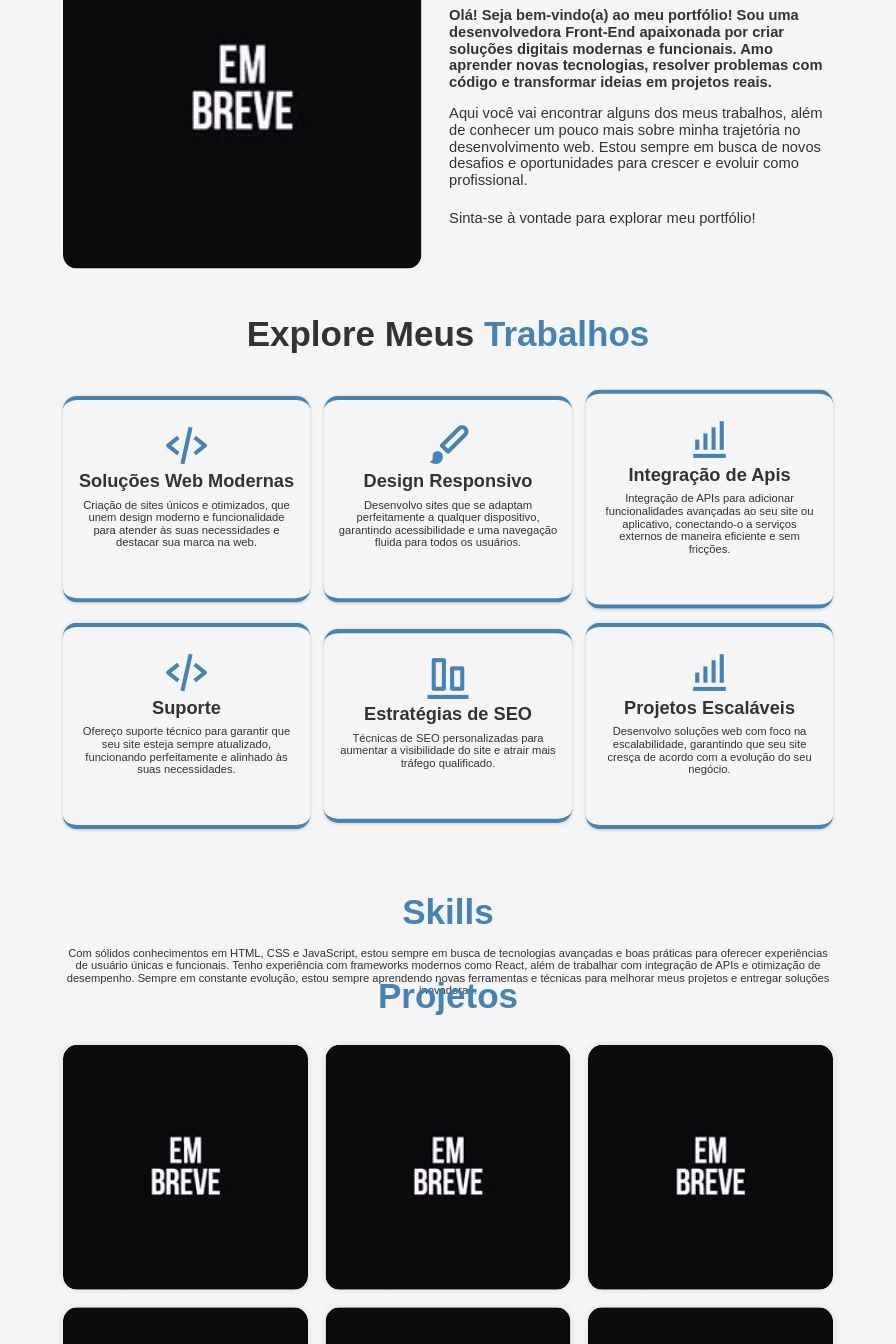
Repository: AliciaKathleen/portfolio-2025
Page: index.html
An editor plug-in stored every save of this project. The page is shown before and after the next save, followed by the edit.
The browser window is 1280 px wide. The pictures show the part of the page from y = 992 to 2912 px (the page is 4098 px tall), at 70% of full size.

Above is the page before, as saved 2025-01-27 17:42:28.
Console error: TypeError: Cannot read properties of null (reading 'classList')

### index.html
<!DOCTYPE html>
<html lang="en">
<head>
    <meta charset="UTF-8">
    <meta http-equiv="X-UA-Compatible" content="IE=edge">
    <meta name="viewport" content="width=device-width, initial-scale=1.0">
    <link rel="stylesheet" href="https://cdn.jsdelivr.net/npm/swiper@9/swiper-bundle.min.css" />
    <link href='https://unpkg.com/boxicons@2.1.4/css/boxicons.min.css' rel='stylesheet'>
    <link rel="stylesheet" href="style.css">
    <title>Alícia Kathleen</title>
</head>
<body>
    <header class="header">
        <a href="#" class="logo">Alícia Kathleen</a>

        <nav class="navbar">
            <a href="#home" class="active">Home</a>
            <a href="#about">Sobre</a>
            <a href="#services">Serviços</a>
            <a href="#portfolio">Projetos</a>
            <a href="#contact">Contato</a>
        </nav>

        <div class="bx bx-moon" id="darkMode-icon"></div>
        <div class="bx bx-menu" id="menu-icon"></div>
    </header>

    <section class="home" id="home">
        <div class="home-content">
            <h3>Olá, eu sou</h3>
            <h1>Alícia Kathleen</h1>
            <p>
                Sou uma desenvolvedora Front-End apaixonada por criar interfaces modernas e funcionais, unindo criatividade e tecnologia para proporcionar experiências digitais únicas. Com uma trajetória inicial no design gráfico, utilizo meu olhar apurado para detalhes e usabilidade para transformar ideias em projetos visuais impactantes. Estou sempre buscando aprender e crescer com novos desafios.
            </p>
            <div class="social-media">
                <a href="#"><i class='bx bxl-linkedin'></i></a>
                <a href="#"><i class='bx bxl-github'></i></a>
            </div>

            <a href="#" class="btn">CURRÍCULO</a>
        </div>

        <div class="profession-container">
            <div class="profession-box">
            </div>
            <div class="overlay"></div>
        </div>

        <div class="home-img">
            <img src="" alt="">
        </div>
    </section>

    <section class="about" id="about">
        <div class="about-img">
            <img src="images/portfolio.jpg" alt="">
        </div>

        <div class="about-content">
            <h2 class="heading">Sobre <span>Mim</span></h2>
            <h3>
                Olá! Seja bem-vindo(a) ao meu portfólio! Sou uma desenvolvedora Front-End apaixonada por criar soluções digitais modernas e funcionais. Amo aprender novas tecnologias, resolver problemas com código e transformar ideias em projetos reais.
            </h3>
            <p>
                Aqui você vai encontrar alguns dos meus trabalhos, além de conhecer um pouco mais sobre minha trajetória no desenvolvimento web. Estou sempre em busca de novos desafios e oportunidades para crescer e evoluir como profissional.
            </p>
            <p>
                Sinta-se à vontade para explorar meu portfólio!
            </p>
        </div>
    </section>

    <section class="services" id="services">
        <h2 class="heading">Explore Meus <span>Trabalhos</span></h2>
        <div class="services-container">
            <div class="services-box">
                <i class='bx bx-code-alt'></i>
                <h3>Soluções Web Modernas</h3>
                <p>Criação de sites únicos e otimizados, que unem design moderno e funcionalidade para atender às suas necessidades e destacar sua marca na web.</p>
            </div>
            <div class="services-box">
                <i class='bx bxs-paint'></i>
                <h3>Design Responsivo</h3>
                <p>Desenvolvo sites que se adaptam perfeitamente a qualquer dispositivo, garantindo acessibilidade e uma navegação fluida para todos os usuários.</p>
            </div>
            <div class="services-box">
                <i class='bx bx-bar-chart-alt'></i>
                <h3>Integração de Apis</h3>
                <p>Integração de APIs para adicionar funcionalidades avançadas ao seu site ou aplicativo, conectando-o a serviços externos de maneira eficiente e sem fricções.</p>
            </div>
            <div class="services-box">
                <i class='bx bx-code-alt'></i>
                <h3>Suporte</h3>
                <p>Ofereço suporte técnico para garantir que seu site esteja sempre atualizado, funcionando perfeitamente e alinhado às suas necessidades.</p>
            </div>
            <div class="services-box">
                <i class='bx bx-objects-vertical-bottom'></i>
                <h3>Estratégias de SEO</h3>
                <p>Técnicas de SEO personalizadas para aumentar a visibilidade do site e atrair mais tráfego qualificado.</p>
            </div>
            <div class="services-box">
                <i class='bx bx-bar-chart-alt'></i>
                <h3>Projetos Escaláveis</h3>
                <p>Desenvolvo soluções web com foco na escalabilidade, garantindo que seu site cresça de acordo com a evolução do seu negócio.

                </p>
            </div>
        </div>
    </section>

    <section class="resume-detail skills" id="skills">
        <h2 class="heading"><span>Skills</span></h2>
        <div class="resume-list">
            <div class="skills-container">
                <p>
                    Com sólidos conhecimentos em HTML, CSS e JavaScript, estou sempre em busca de tecnologias avançadas e boas práticas para oferecer experiências de usuário únicas e funcionais. Tenho experiência com frameworks modernos como React, além de trabalhar com integração de APIs e otimização de desempenho. Sempre em constante evolução, estou sempre aprendendo novas ferramentas e técnicas para melhorar meus projetos e entregar soluções inovadoras.
                </p>
                <div class="resume-items">
                    <div class="resume-item">
                        <i class='bx bxl-html5'></i>
                        <span>HTML</span>
                    </div>
                    <div class="resume-item">
                        <i class='bx bxl-css3'></i>
                        <span>CSS3</span>
                    </div>
                    <div class="resume-item">
                        <i class='bx bxl-javascript'></i>
                        <span>JavaScript</span>
                    </div>
                    <div class="resume-item">
                        <i class='bx bxl-python'></i>
                        <span>Python</span>
                    </div>
                    <div class="resume-item">
                        <i class='bx bxl-react'></i>
                        <span>ReactJS</span>
                    </div>
                    <div class="resume-item">
                        <i class='bx bxl-figma'></i>
                        <span>Figma</span>
                    </div>
                </div>
            </div>
        </div>
    </section>

    <section class="portfolio" id="portfolio">
        <h2 class="heading"><span>Projetos</span></h2>

        <div class="portfolio-container">
            <div class="portfolio-box">
                <img src="images/portfolio.jpg" alt="">

                <div class="portfolio-layer">
                    <h4>Web Design</h4>
                    <p>Lorem ipsum dolor sit amet consectetur adipisicing elit. Similique, ipsam est.</p>
                    <a href="#"><i class='bx bx-link-external'></i></a>
                </div>
            </div>
            <div class="portfolio-box">
                <img src="images/portfolio.jpg" alt="">

                <div class="portfolio-layer">
                    <h4>Projeto em construção</h4>
                    <p>Em breve...</p>
                    <a href="#"><i class='bx bx-link-external'></i></a>
                </div>
            </div>
            <div class="portfolio-box">
                <img src="images/portfolio.jpg" alt="">

                <div class="portfolio-layer">
                    <h4>Projeto em construção</h4>
                    <p>Em breve...</p>
                    <a href="#"><i class='bx bx-link-external'></i></a>
                </div>
            </div>
            <div class="portfolio-box">
                <img src="images/portfolio.jpg" alt="">

                <div class="portfolio-layer">
                    <h4>Projeto em construção</h4>
                    <p>Em breve...</p>
                    <a href="#"><i class='bx bx-link-external'></i></a>
                </div>
            </div>
            <div class="portfolio-box">
                <img src="images/portfolio.jpg" alt="">

                <div class="portfolio-layer">
                    <h4>Projeto em construção</h4>
                    <p>Em breve...</p>
                    <a href="#"><i class='bx bx-link-external'></i></a>
                </div>
            </div>
            <div class="portfolio-box">
                <img src="images/portfolio.jpg" alt="">

                <div class="portfolio-layer">
                    <h4>Projeto em construção</h4>
                    <p>Em breve...</p>
                    <a href="#"><i class='bx bx-link-external'></i></a>
                </div>
            </div>
        </div>
    </section>

    <section class="contact" id="contact">
        <h2 class="heading">Entre em<span>Contato</span></h2>

        <form action="#">
            <div class="input-box">
                <input type="text" placeholder="Full Name">
                <input type="email" placeholder="Email Address">
            </div>
            <div class="input-box">
                <input type="number" placeholder="Mobile Number">
                <input type="text" placeholder="Email Subject">
            </div>
            <textarea name="" id="" cols="30" rows="10" placeholder="Your Message"></textarea>
            <input type="submit" value="Send Message" class="btn">
        </form>
    </section>

    <footer class="footer">
        <div class="footer-text">
            <p>Copyright &copy; 2025 | Todos os direitos reservados.</p>
        </div>

        <div class="footer-iconTop">
            <a href="#home"><i class='bx bx-up-arrow-alt'></i></a>
        </div>
    </footer>

    <script src="https://unpkg.com/scrollreveal"></script>
    <script src="https://cdn.jsdelivr.net/npm/swiper@9/swiper-bundle.min.js"></script>
    <script src="script.js"></script>
</body>
</html>

Loaded but not shown: script.js (67 lines, source omitted); style.css (894 lines, source omitted)

After the next save:
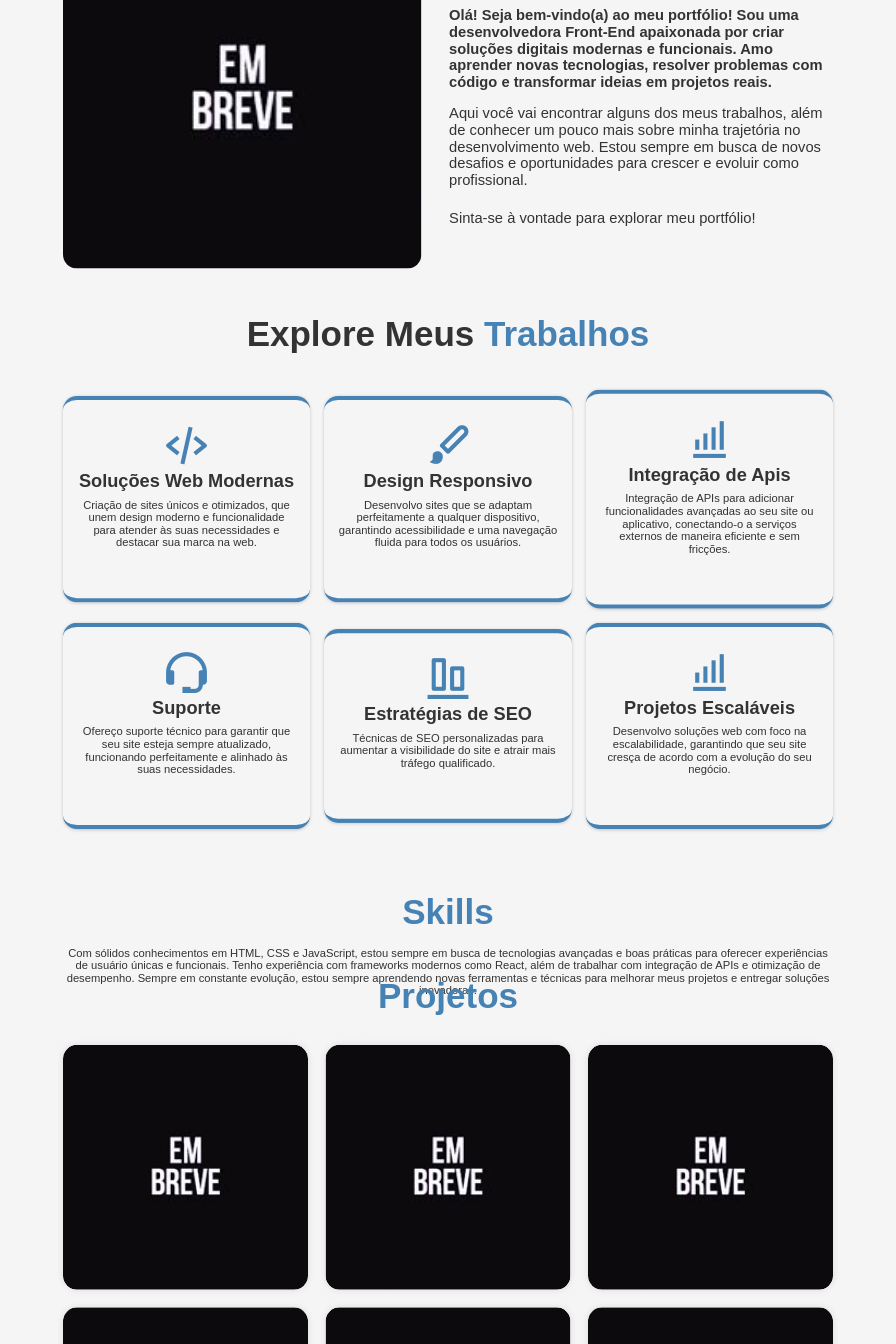
Saved 7 s later.
--- a/index.html
+++ b/index.html
@@ -89,7 +89,7 @@
                 <p>Integração de APIs para adicionar funcionalidades avançadas ao seu site ou aplicativo, conectando-o a serviços externos de maneira eficiente e sem fricções.</p>
             </div>
             <div class="services-box">
-                <i class='bx bx-code-alt'></i>
+                <i class='bx bx-support'></i>
                 <h3>Suporte</h3>
                 <p>Ofereço suporte técnico para garantir que seu site esteja sempre atualizado, funcionando perfeitamente e alinhado às suas necessidades.</p>
             </div>
